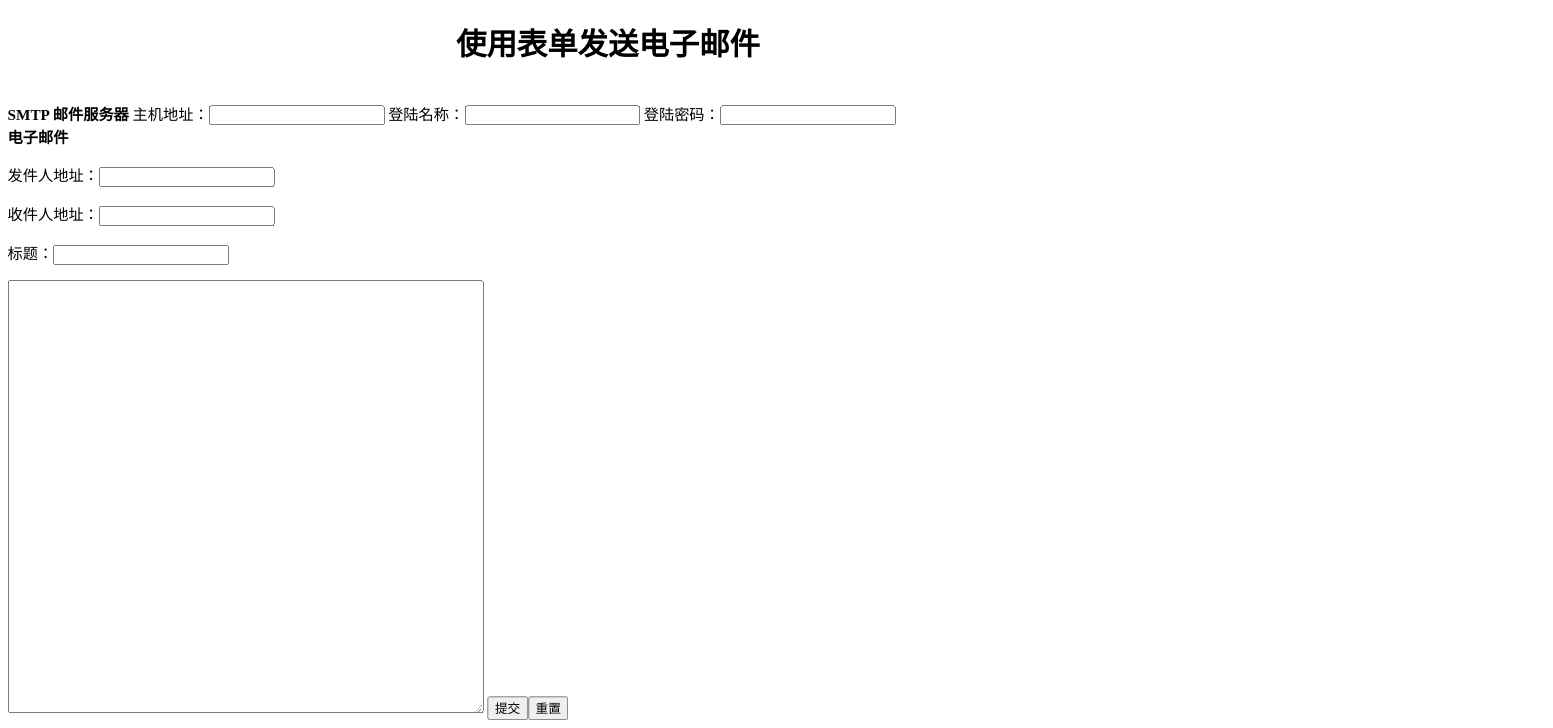
Repository: eterinfi/java
Page: jee/JSPDemo/WebContent/sendemail.html
An editor plug-in stored every save of this project. The page is shown before and after the next save, followed by the edit.
The browser window is 1280 px wide. The page is 1280 px wide, then 1635 px, so the pictures cover 1635 px, including what lies to the right of the window. The pictures show the whole page, at 95% of full size.

Above is the page before, as saved 2016-11-15 10:48:11.

### jee/JSPDemo/WebContent/sendemail.html
<!DOCTYPE html>
<html>
<head>
  <meta charset="UTF-8">
  <title>使用表单发送电子邮件</title>
</head>
<body>
  <h1 align="center">使用表单发送电子邮件</h1>
  <br />
  <form action="SendSubmittedEmail.jsp" method="POST">
    <label><strong>SMTP 邮件服务器</strong></label>
    <span>    主机地址：<input type="text" name="host" /></span>
    <span>    登陆名称：<input type="text" name="user" /></span>
    <span>    登陆密码：<input type="password" name="password" /></span>
    <br />
    <label><strong>电子邮件</strong></label>
    <p>    发件人地址：<input type="text" name="from" /></p>
    <p>    收件人地址：<input type="text" name="to" /></p>
    <p>    标题：<input type="text" name="subject" /></p>
    <textarea name="body" cols="60" rows="30" placeholder="正文....">
    </textarea>
    <button type="submit">提交</button><button type="reset">重置</button>
  </form>
</body>
</html>

After the next save:
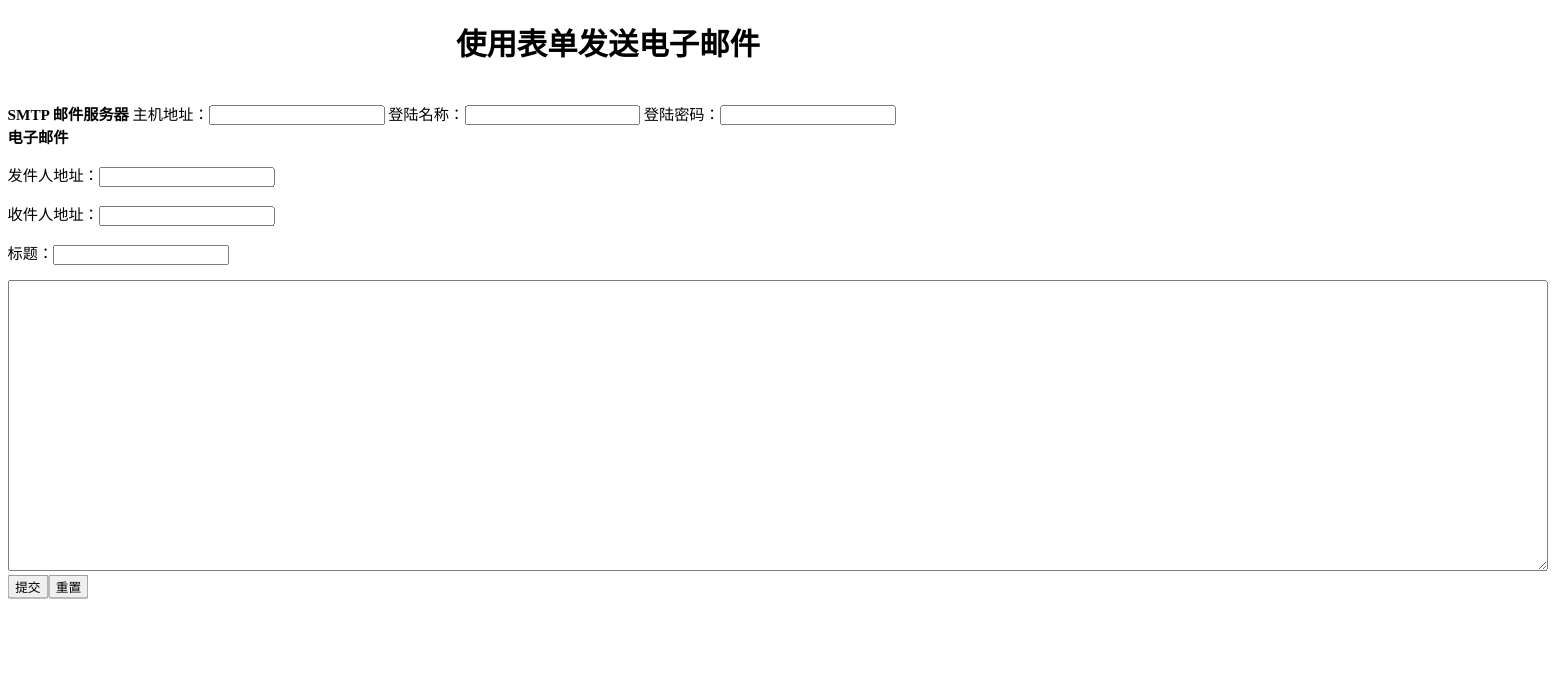
Saved 35 s later.
--- a/jee/JSPDemo/WebContent/sendemail.html
+++ b/jee/JSPDemo/WebContent/sendemail.html
@@ -17,7 +17,7 @@
     <p>    发件人地址：<input type="text" name="from" /></p>
     <p>    收件人地址：<input type="text" name="to" /></p>
     <p>    标题：<input type="text" name="subject" /></p>
-    <textarea name="body" cols="60" rows="30" placeholder="正文....">
+    <textarea name="body" cols="200" rows="20" placeholder="正文....">
     </textarea>
     <button type="submit">提交</button><button type="reset">重置</button>
   </form>
